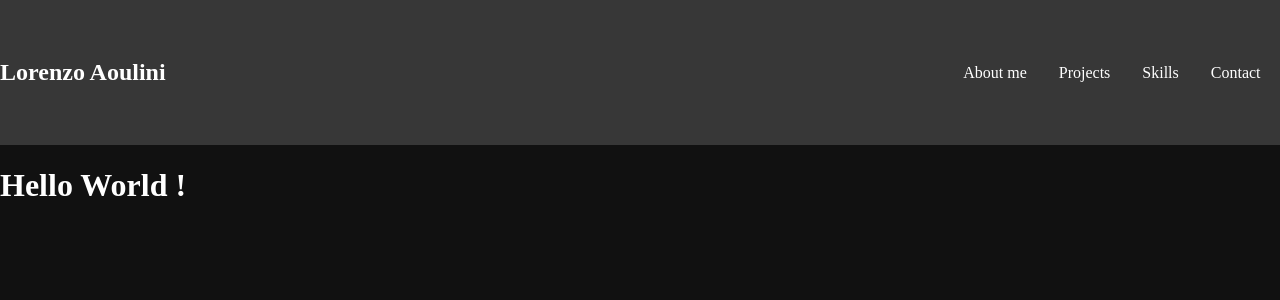
Repository: lolo298/lolo298.github.io
Page: index.html
These files come from the project's save history. The page is drawn as it stood at one moment and after the next save; the edit follows.
The browser window is 1280 px wide. The pictures show the whole page.

Above is the page before, as saved 2022-05-09 17:19:58.

### index.html
<!DOCTYPE html>
<html lang="en">

<head>
    <meta charset="UTF-8">
    <meta http-equiv="X-UA-Compatible" content="IE=edge">
    <meta name="viewport" content="width=device-width, initial-scale=1.0">
    <link rel="stylesheet" href="css/style.css">
    <title>Portfolio</title>
</head>

<body>
    <div class="main-container">
        <nav class="main-navbar">
            <h1>Lorenzo Aoulini</h1>
            <ul class="main-navbar-list">
                <li class="main-navbar-item">
                    <a href="#">About me</a>
                </li>
                <li class="main-navbar-item">
                    <a href="#">Projects</a>
                </li>
                <li class="main-navbar-item">
                    <a href="#">Skills</a>
                </li>
                <li class="main-navbar-item">
                    <a href="#">Contact</a>
                </li>
        </nav>
        <h1>Hello World !</h1>

    </div>

</body>

</html>

### css/style.css
html {
    background-color: #111111;
}

body {
    padding: 0;
    margin: 0;
}

.main-container {
    color: white;
    height: 100%;
    width: 100%;
}

.main-navbar {
    background-color: #373737;
    height: 10%;
    width: 100%;
    display: flex;
    justify-content: space-between;
    align-items: center;
}

.main-navbar>* {
    margin: 0;
}

.main-navbar-list {
    width: 25%;
    display: flex;
    flex-direction: row;
    align-items: center;
    list-style: none;
    margin-right: 1%;
}

.main-navbar-item {
    height: 100%;
    padding: 0% 5% 0% 5%;
    display: flex;
    justify-content: center;
    align-items: center;
}

.main-navbar-item>a {
    vertical-align: middle;
    text-decoration: none;
    color: white;
    width: max-content;
    padding: 100% 0% 100% 0%;
}

.main-navbar-item:hover {
    background-color: #6A6A6A;
}

After the next save:
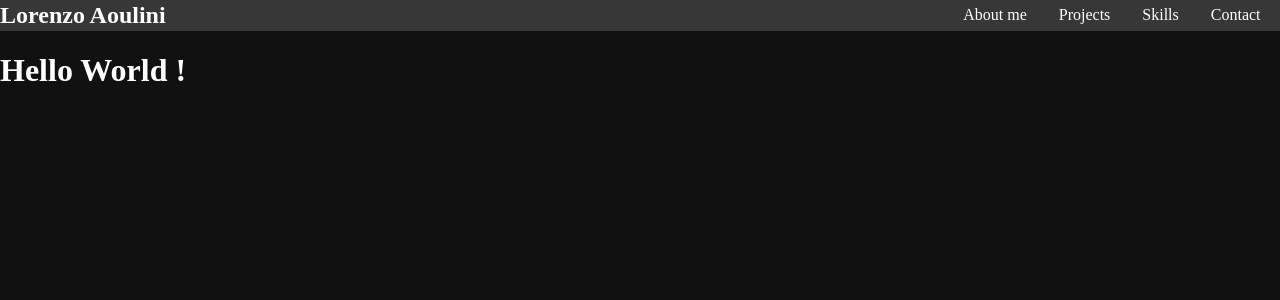
Saved 15 s later.
--- a/css/style.css
+++ b/css/style.css
@@ -48,7 +48,8 @@ body {
     text-decoration: none;
     color: white;
     width: max-content;
-    padding: 100% 0% 100% 0%;
+    height: 100%;
+    padding: 10% 0% 10% 0%;
 }
 
 .main-navbar-item:hover {
